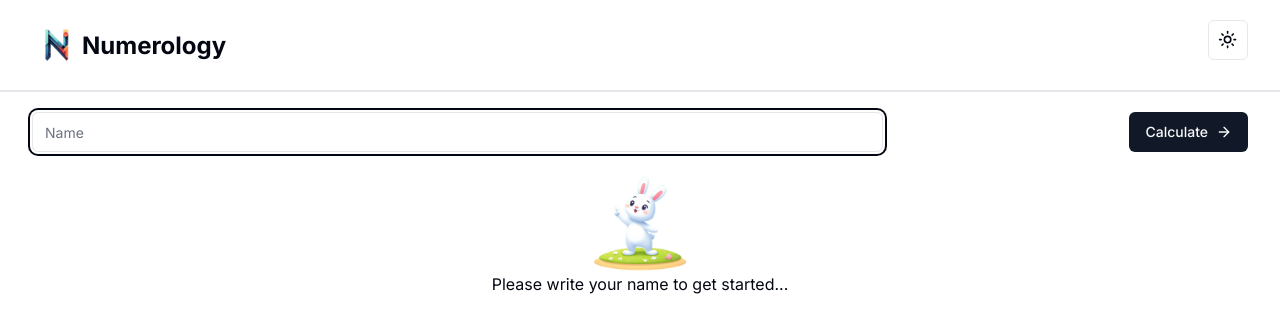
Repository: RaghunadhSahitDruvam/mynumerology
Page: /
An editor plug-in stored every save of this project. The page is shown before and after the next save, followed by the edit.
The browser window is 1280 px wide. The pictures show the whole page.
The project was rebuilt for these pictures with package versions that can differ from the ones it lists, and the page was loaded fresh each time. The framework's server and built-in components were replaced by stand-ins that run in the browser. Also part of the build but not shown: next.config.js.

Above is the page before, as saved 2023-12-19 17:03:31.

After the next save:
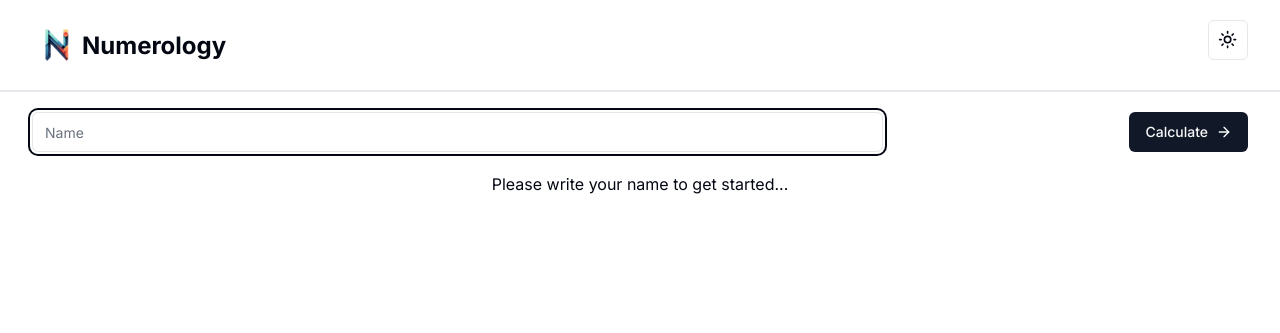
Saved 2 h 8 min later.
--- a/app/page.tsx
+++ b/app/page.tsx
@@ -185,7 +185,7 @@
         </>
       ) : (
         <>
-          <div className="flex justify-center">
+          {/* <div className="flex justify-center">
             <Image
               className="justify-center align-middle items-center"
               src={"/images/up.png"}
@@ -193,7 +193,7 @@
               height={100}
               width={100}
             />
-          </div>
+          </div> */}
           <div className="container flex justify-center align-middle">
             <h1>Please write your name to get started...</h1>
           </div>
